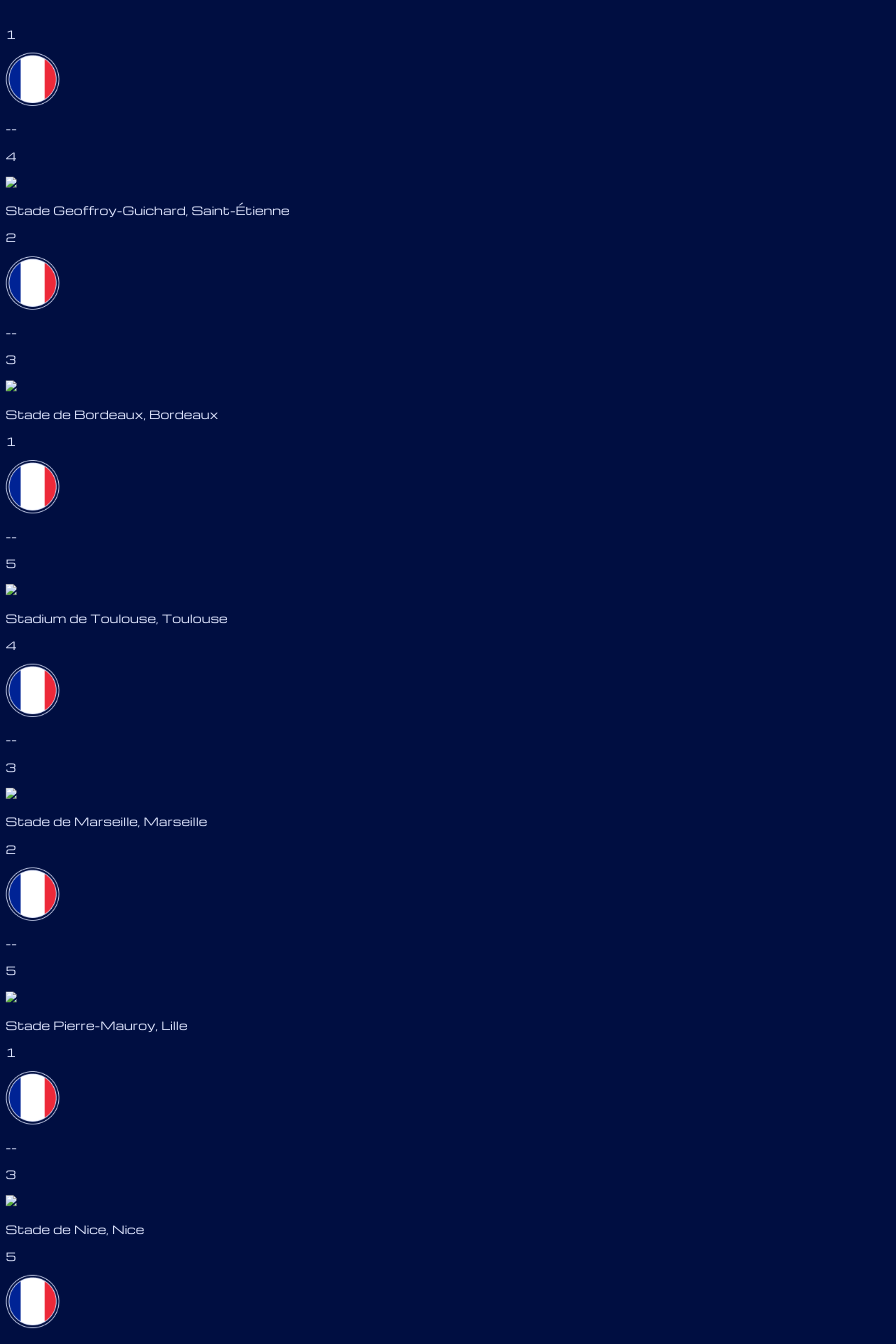
Repository: Yohann-Hamon/Projet_Rugby
Page: http://localhost/meetings_page.php
An editor plug-in stored every save of this project. The page is shown before and after the next save, followed by the edit.
The browser window is 1280 px wide. The pictures show the part of the page from y = 855 to 2775 px (the page is 3956 px tall before and 4526 px after), at 70% of full size.
The page is run by PHP 8.4 with error messages shown; the project is at /var/www/html/. The database holds what the project's SQL file puts in it.

Above is the page before, as saved 2023-06-30 14:58:19.
Not found: country/italie.png

After the next save:
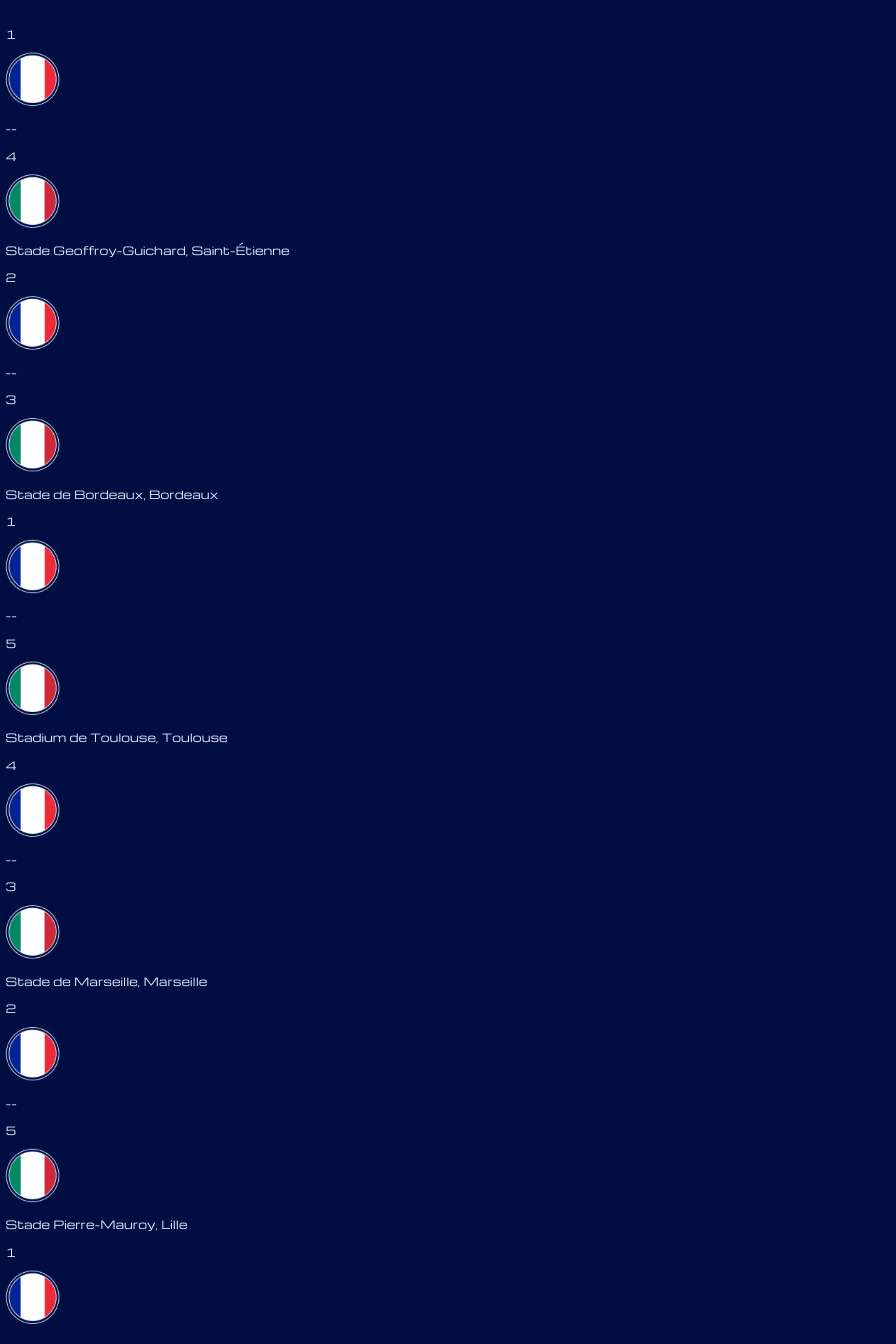
Saved 38 s later.
--- a/front/components/molecules/meeting/meeting.php
+++ b/front/components/molecules/meeting/meeting.php
@@ -27,7 +27,7 @@
         <img src="./front/components/molecules/meeting/country/france.png" class="country">
         <p><?=$a_meeting['score']?><p>
         <p><?=$a_meeting['team_2']?><p>
-        <img src="./country/italie.png" class="country">
+        <img src="./front/components/molecules/meeting/country/italie.png" class="country">
 
     </div>
     <p><?=$a_meeting['place']?><p>
